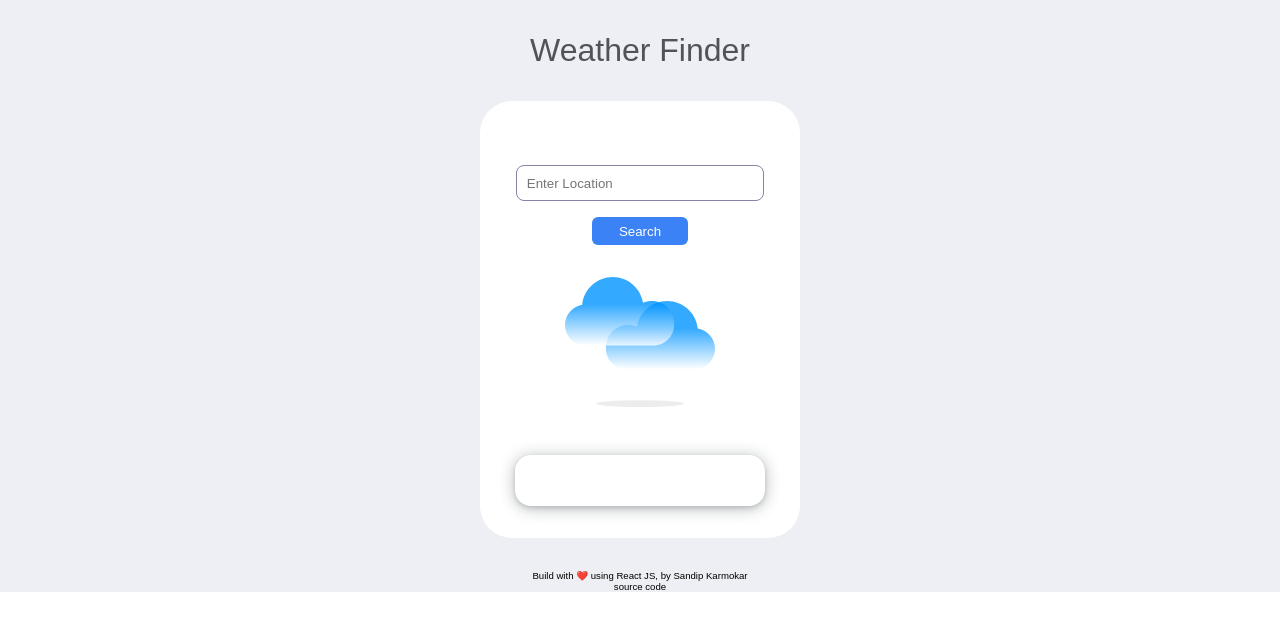
Repository: sandipkarmokar/weather-app
Page: /
An editor plug-in stored every save of this project. The page is shown before and after the next save, followed by the edit.
The browser window is 1280 px wide. The pictures show the whole page.
The project was rebuilt for these pictures with package versions that can differ from the ones it lists, and the page was loaded fresh each time.

Above is the page before, as saved 2022-04-12 18:14:13.

### src/App.js
import { useState, useEffect } from 'react';
import './App.css';
import WeatherForm from './components/WeatherForm';
import WeatherInfoShow from './components/WeatherInfoShow';

function App() {
    const [city, setCity] = useState('');
    const [gotData, setGotData] = useState(false);
    const [weatherData, setWeatherData] = useState([]);
    const [isDay, setIsDay] = useState(false);

    console.log(weatherData);
    const url = `https://api.openweathermap.org/data/2.5/weather?q=${city}&appid=390f3fd7515cacb5596ae4765de92a6d`;

    const fetchData = async (e) => {
        e.preventDefault();
        try {
            const response = await fetch(url);
            const data = await response.json();
            setWeatherData(data);
            setGotData(true);
            const isDay = weatherData?.weather[0].icon?.includes('d');
            setIsDay(isDay);
        } catch (error) {
            console.log(error);
            setGotData(false);
        }
    };

    return (
        <div className="app">
            <div className="heading">
                <p>Weather Finder</p>
            </div>
            <div className="app-container">
                <WeatherForm
                    city={city}
                    setCity={setCity}
                    fetchData={fetchData}
                ></WeatherForm>

                <WeatherInfoShow
                    gotData={gotData}
                    weatherData={weatherData}
                    isDay={isDay}
                ></WeatherInfoShow>
            </div>
            <footer>
                <p>Build with ❤️ using React JS, by Sandip Karmokar</p>
                <p>source code</p>
            </footer>
        </div>
    );
}

export default App;

### src/App.css
* {
    margin: 0;
    padding: 0;
    box-sizing: border-box;
    font-family: Arial, Helvetica, sans-serif;
}

.app {
    background-color: #eeeff4;
    height: 100vh;
}

.app .heading p {
    color: #52525b;
    padding-top: 2rem;
    font-size: 2rem;
    text-align: center;
}

.app .app-container {
    width: 90%;
    margin: 2rem auto;
    background: #ffffff;
    border-radius: 2rem;
    padding: 1rem 0;
}

.app .app-container .weather-form {
    width: 86%;
    margin: 0 auto;
    display: flex;
    flex-direction: column;
}

.app .app-container .weather-form input {
    padding: 0.6rem;
    margin: 1rem auto;
    border: 0.5px solid #8383a5;
    border-radius: 8px;
    width: 90%;
    margin-top: 3rem;
}
.app .app-container .weather-form button {
    width: 35%;
    margin: 0 auto;
    padding: 0.4rem;
    background-color: #3b82f6;
    color: #ffffff;
    border: none;
    border-radius: 6px;
    cursor: pointer;
}
.app .app-container .weather-form img {
    width: 150px;

    margin: 2rem auto;
}

.app .app-container .weather-info-show {
    background-color: #ffffff;
    width: 78%;
    box-shadow: rgba(14, 30, 37, 0.12) 0px 2px 4px 0px,
        rgba(14, 30, 37, 0.32) 0px 2px 16px 0px;
    margin: 1rem auto;
    border-radius: 1rem;
    padding: 1.6rem;
}
.app .app-container .weather-info-show .main-info {
    display: flex;
    justify-content: space-between;
}

.app .app-container .weather-info-show .main-info img {
    width: 50px;
    height: 50px;
}
.app .app-container .weather-info-show .main-info .info .location {
    font-size: 1.4rem;
    color: #52525b;
}
.app .app-container .weather-info-show .main-info .info .data {
    font-size: 0.9rem;
    color: #71717a;
}
.app .app-container .weather-info-show .main-info .info .data .large {
    font-size: 1.4rem;
    color: #52525b;
}

.app .app-container .weather-info-show hr {
    width: 50%;
    margin: 1.6rem auto;
}

.app .app-container .weather-info-show .other-info {
    display: flex;
    flex-direction: column;
}
.app .app-container .weather-info-show .other-info p {
    color: #3f3f46;
}

.app .app-container .weather-info-show .other-info .other-info-data {
    display: grid;

    grid-template-columns: 1fr 1fr;
    grid-template-rows: 1fr 1fr;
    gap: 1rem;
    margin-top: 1rem;
}

.app .app-container .weather-info-show .other-info .other-info-data .item {
    display: flex;
}

.app .app-container .weather-info-show .other-info .other-info-data .item img {
    height: 32px;
    width: 32px;
    margin: 0 0.6rem;
}

.app
    .app-container
    .weather-info-show
    .other-info
    .other-info-data
    .item
    .sub-info {
    display: flex;
    flex-direction: column;
}

.app
    .app-container
    .weather-info-show
    .other-info
    .other-info-data
    .item
    .sub-info
    .data {
    color: #3f3f46;
}
.app
    .app-container
    .weather-info-show
    .other-info
    .other-info-data
    .item
    .sub-info
    .sub-info-title {
    color: #3f3f46;
    font-size: 0.8rem;
}

.app footer p {
    text-align: center;
    font-size: 0.6rem;
}

@media only screen and (min-width: 500px) {
    .app {
        background-color: #eeeff4;
        height: 100%;
    }

    .app .app-container {
        width: 320px;
        margin: 2rem auto;
        background: #ffffff;
        border-radius: 2rem;
        padding: 1rem 0;
    }
    .app footer p {
        text-align: center;
        margin: 0 auto;
        width: 450px;
        font-size: 0.6rem;
        background: #eeeff4;
    }
}
@media only screen and (min-width: 1300px) {
    .app {
        background-color: #eeeff4;
        height: 100vh;
    }

    .app .app-container {
        width: 450px;
        margin: 2rem auto;
        background: #ffffff;
        border-radius: 2rem;
        padding: 1rem 0;
    }
    .app footer p {
        text-align: center;
        margin: 0 auto;
        width: 450px;
        font-size: 0.6rem;
        background: #eeeff4;
    }
}

### src/components/WeatherForm.js
import React from 'react';
import mainImage from '../icons/perfect-day.svg';

const WeatherForm = ({ city, setCity, fetchData }) => {
    return (
        <div className="weather-form">
            <input
                type="text"
                placeholder="Enter Location"
                value={city}
                onChange={(e) => setCity(e.target.value)}
            />
            <button onClick={fetchData}>Search</button>
            <img src={mainImage} alt="" />
        </div>
    );
};

export default WeatherForm;

### src/components/WeatherInfoShow.js
import React from 'react';
import imagex from '../icons/cloudy.svg';

import sunset from '../icons/temp.svg';
import sunrise from '../icons/temp.svg';
import humidity from '../icons/humidity.svg';
import wind from '../icons/wind.svg';
import pressure from '../icons/pressure.svg';

const WeatherInfoShow = ({ weatherData, gotData, isDay }) => {
    console.log(weatherData);
    const getTime = (timeStamp) => {
        return `${new Date(timeStamp * 1000).getHours()}:${new Date(
            timeStamp * 1000
        ).getMinutes()}`;
    };
    return (
        <div className="weather-info-show">
            {gotData ? (
                <>
                    <div className="main-info">
                        <div className="info">
                            <div className="location">
                                {weatherData?.name} {weatherData?.sys.country}
                            </div>
                            <div className="data">
                                <span className="large">{`${Math.floor(
                                    weatherData?.main?.temp - 273
                                )}°C`}</span>{' '}
                                | {weatherData?.weather[0].description}
                            </div>
                        </div>
                        <img src={imagex} alt="" />
                    </div>
                    <hr className="line" />
                    <div className="other-info">
                        <p>Other Info</p>
                        <div className="other-info-data">
                            <div className="item">
                                <img src={isDay ? sunset : sunrise} alt="" />
                                <div className="sub-info">
                                    <p className="data">{`${getTime(
                                        weatherData?.sys[
                                            isDay ? 'sunset' : 'sunrise'
                                        ]
                                    )}`}</p>
                                    <p className="sub-info-title">
                                        {isDay ? 'sunset' : 'sunrise'}
                                    </p>
                                </div>
                            </div>
                            <div className="item">
                                <img src={humidity} alt="" />
                                <div className="sub-info">
                                    <p className="data">
                                        {weatherData?.main.humidity}
                                    </p>
                                    <p className="sub-info-title">humidity</p>
                                </div>
                            </div>
                            <div className="item">
                                <img src={wind} alt="" />
                                <div className="sub-info">
                                    <p className="data">
                                        {weatherData?.wind?.speed}
                                    </p>
                                    <p className="sub-info-title">wind</p>
                                </div>
                            </div>
                            <div className="item">
                                <img src={pressure} alt="" />
                                <div className="sub-info">
                                    <p className="data">
                                        {weatherData?.main.pressure}
                                    </p>
                                    <p className="sub-info-title">pressure</p>
                                </div>
                            </div>
                        </div>
                    </div>
                </>
            ) : (
                ''
            )}
        </div>
    );
};

export default WeatherInfoShow;

Loaded but not shown: public/index.html (common file); src/index.js (common file); src/index.css (common file); src/reportWebVitals.js (common file)

After the next save:
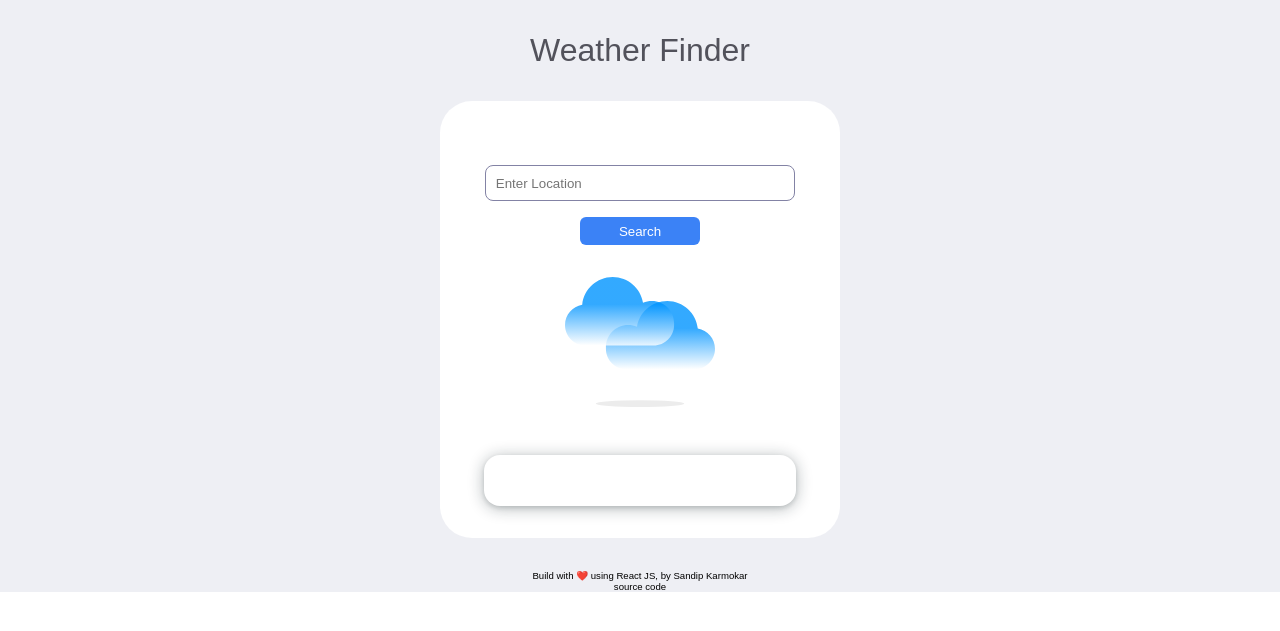
Saved 16 s later.
--- a/src/App.css
+++ b/src/App.css
@@ -164,7 +164,7 @@
     }
 
     .app .app-container {
-        width: 320px;
+        width: 400px;
         margin: 2rem auto;
         background: #ffffff;
         border-radius: 2rem;
